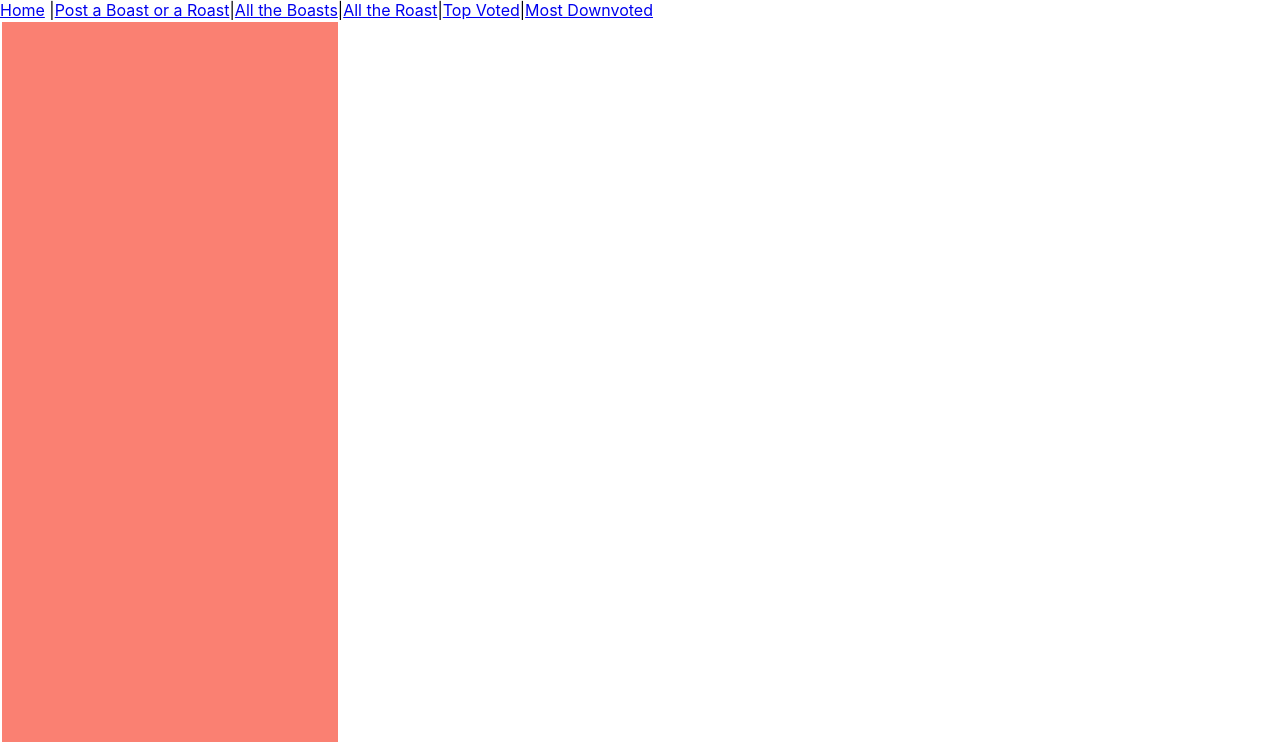
Repository: Imraj423/GhostPost_front-end
Page: /
The author's editor kept a copy of each file at every save. The page is drawn from the files as they stood at one save, then again after the next save.
The browser window is 1280 px wide. The pictures show the whole page.
The page's requests for data from a server got no answer. The project was rebuilt for these pictures with package versions that can differ from the ones it lists, and the page was loaded fresh each time. No one was signed in, and anything a server would have sent is missing. Also part of the build but not shown: src/components/CreatePost/post.js, src/components/Form/form.js.

Above is the page before, as saved 2020-04-03 10:46:02.

### src/App.js
import React, { Component } from "react";
import PostList from "./components/PostView/postlist";
import Form from "./components/Form/form";
import Main from "./components/Home/main";
import { Route } from "react-router-dom";

class App extends Component {
  state = {
    ghostpost: [],
    input: "",
    boast: ""
  };
  componentDidMount() {
    fetch("http://localhost:8000/api/ghostpost/")
      .then(res => {
        return res.json();
      })
      .then(data => {
        this.setState({ ghostpost: data });
      });
  }

  handleChange = event => {
    this.setState({ input: event.target.value });
  };

  render() {
    return (
      <React.Fragment>
        <Route exact path="/" render={() => <Main />} />
        <Route exact path="/form" render={() => <Form />} />

        <Route
          exact
          path="/boasts"
          render={() => (
            <PostList
              ghostpost={this.state.ghostpost.filter(
                posts => posts.is_Boast === true
              )}
            />
          )}
        />

        <Route
          exact
          path="/roasts"
          render={() => (
            <PostList
              ghostpost={this.state.ghostpost.filter(
                posts => posts.is_Boast === false
              )}
            />
          )}
        />

        <Route
          exact
          path="/upvotes"
          render={() => (
            <PostList
              ghostpost={this.state.ghostpost.sort((x, y) => {
                return y.total_count - x.total_count;
              })}
            />
          )}
        />

        <Route
          exact
          path="/downvotes"
          render={() => (
            <PostList
              ghostpost={this.state.ghostpost.sort((x, y) => {
                return x.total_count - y.total_count;
              })}
            />
          )}
        />
      </React.Fragment>
    );
  }
}

export default App;

### src/components/PostView/postlist.js
import React, { Component } from 'react';
import Post from '../CreatePost/post';
import Navi from '../NavBar/nav';
import { Container, Card } from 'react-bootstrap';
import './styles.scss'


export default class PostList extends Component {

    render() {
        return (
            <Container >
                <Navi />
                <Card className="box">
                <Card.Body>
                {this.props.ghostpost.map(messages =>
                    <Post
                    id={messages.id}
                    message={messages.message}
                    time={messages.time}
                    total_count={messages.total_count}
                    />
                )}
                </Card.Body>
                </Card>

            </Container>
        )
    }
}

### src/components/Home/main.js
import React from 'react';
import PostList from "../PostView/postlist";

export default class Main extends React.Component {
      state = {
            ghostpost: [],
            input: "",
            boast: ""
          };
          componentDidMount() {
              fetch("http://localhost:8000/api/ghostpost/")
                .then(res => {
                    return res.json();
                  })
                  .then(data => {
                      this.setState({ ghostpost: data });
                    });
                }

                handleChange = event => {
                    this.setState({ input: event.target.value });
                  };
            render() {
          return(
              <React.Fragment>
              <PostList ghostpost ={this.state.ghostpost}/>
              </React.Fragment>
          )
      }
    }

### src/components/NavBar/nav.js
import React from "react";

export default function Navi() {

    return (
      <div className="navbar">
      <a href="/">Home</a> |
        <a href="/form">Post a Boast or a Roast</a>
        |
        <a href="/boasts">All the Boasts</a>
        |
        <a href="/roasts">All the Roast</a>
        |
        <a href="/upvotes">Top Voted</a>
        |
        <a href="/downvotes">Most Downvoted</a>

      </div>
    );
  }

### src/components/PostView/styles.scss
// .box {
//     background: #2B2B2B;
//     padding: 32px;
//     border: 1px solid black;
// }

.box {
    border: solid 2px white;
    padding: 40px;
    height: calc(100vh - 80px);
    width: 20vw;
    min-height: 100px;
    background: salmon;
}

Loaded but not shown: public/index.html (common file); src/index.js (common file); src/index.css (common file); src/serviceWorker.js (common file)

After the next save:
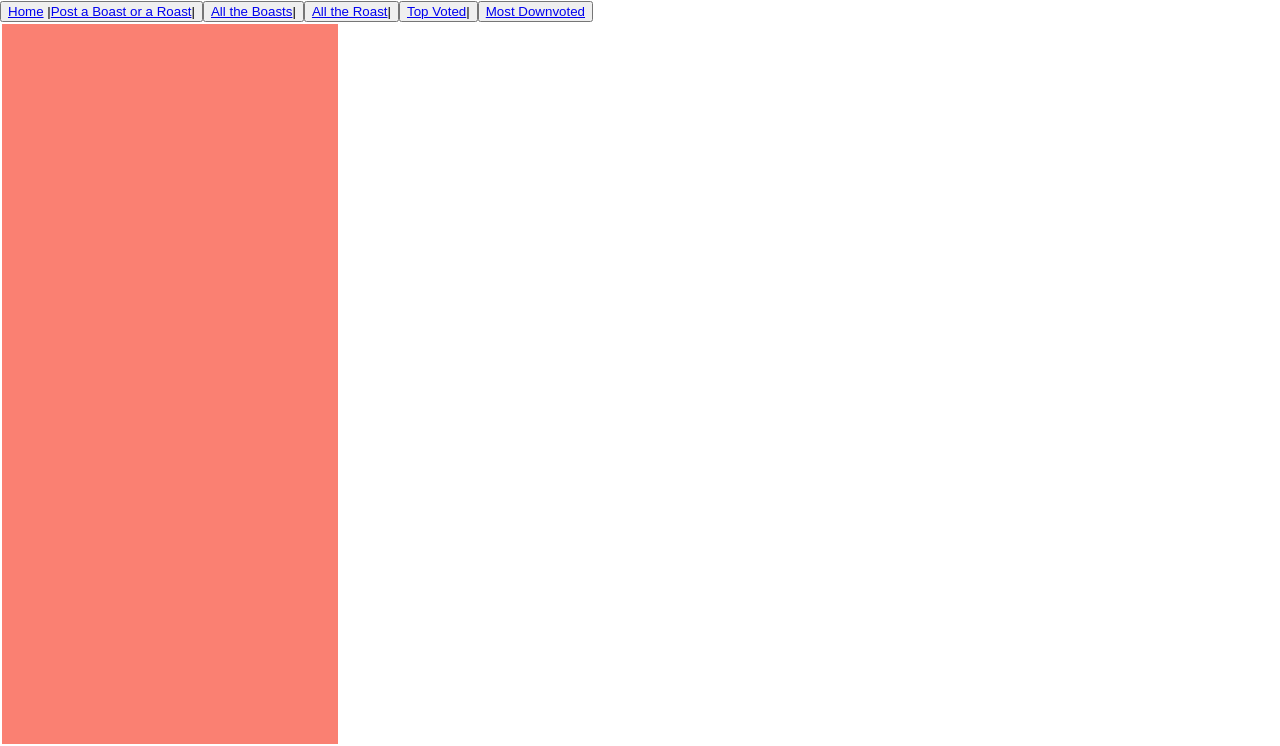
Saved 93 s later.
--- a/src/components/NavBar/nav.js
+++ b/src/components/NavBar/nav.js
@@ -1,20 +1,25 @@
 import React from "react";
+import { Button } from "reactstrap";
 
 export default function Navi() {
 
     return (
       <div className="navbar">
-      <a href="/">Home</a> |
-        <a href="/form">Post a Boast or a Roast</a>
-        |
-        <a href="/boasts">All the Boasts</a>
-        |
-        <a href="/roasts">All the Roast</a>
-        |
-        <a href="/upvotes">Top Voted</a>
-        |
-        <a href="/downvotes">Most Downvoted</a>
-
+        <Button>
+          <a href="/">Home</a> |<a href="/form">Post a Boast or a Roast</a>|
+        </Button>
+        <Button>
+          <a href="/boasts">All the Boasts</a>|
+        </Button>
+        <Button>
+          <a href="/roasts">All the Roast</a>|
+        </Button>
+        <Button>
+          <a href="/upvotes">Top Voted</a>|
+        </Button>
+        <Button>
+          <a href="/downvotes">Most Downvoted</a>
+        </Button>
       </div>
     );
   }
